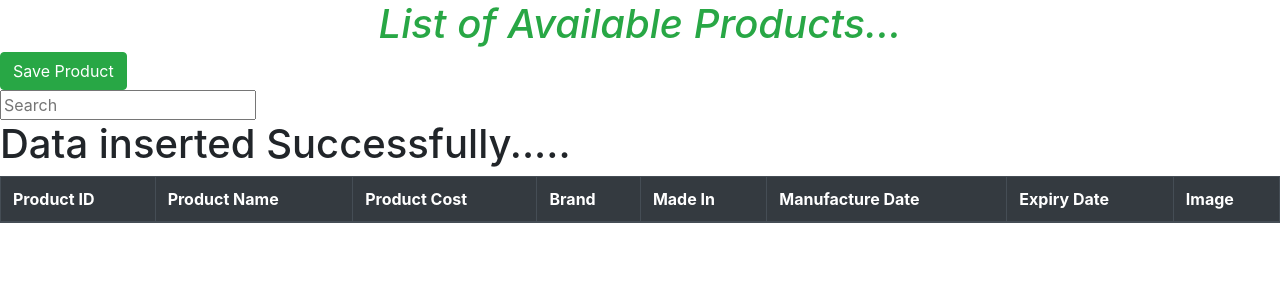
Repository: vineethGoudGithub/JavaApplications
Page: http://localhost/ProductManagementApp/productList.jsp
The author's editor kept a copy of each file at every save. The page is drawn from the files as they stood at one save, then again after the next save.
The browser window is 1280 px wide. The pictures show the whole page.
The page is served by Tomcat 9. Queries for data that is not in the repository find no rows.

Above is the page before, as saved 2024-03-06 06:13:15.

After the next save:
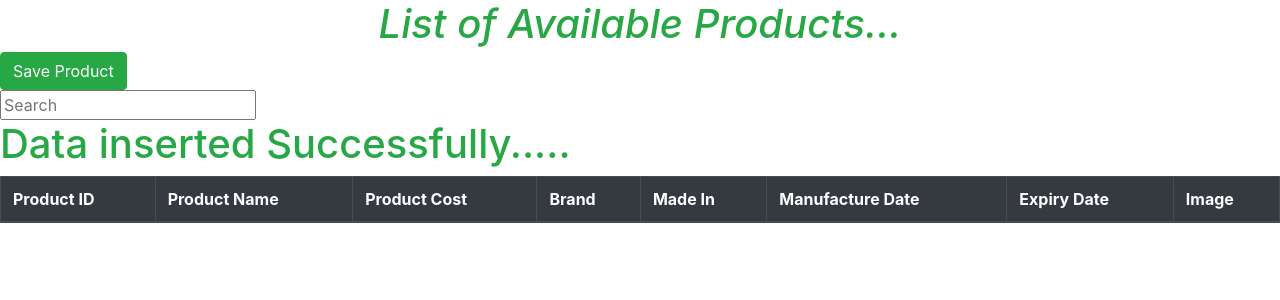
Saved 20 s later.
--- a/ProductManagementApp/src/main/webapp/productList.jsp
+++ b/ProductManagementApp/src/main/webapp/productList.jsp
@@ -24,7 +24,7 @@
 </div>
 
 <div>
-		<h1 class="text-sucess">Data inserted Successfully.....</h1>
+		<h1 class="text-success">Data inserted Successfully.....</h1>
 </div>
 
 
